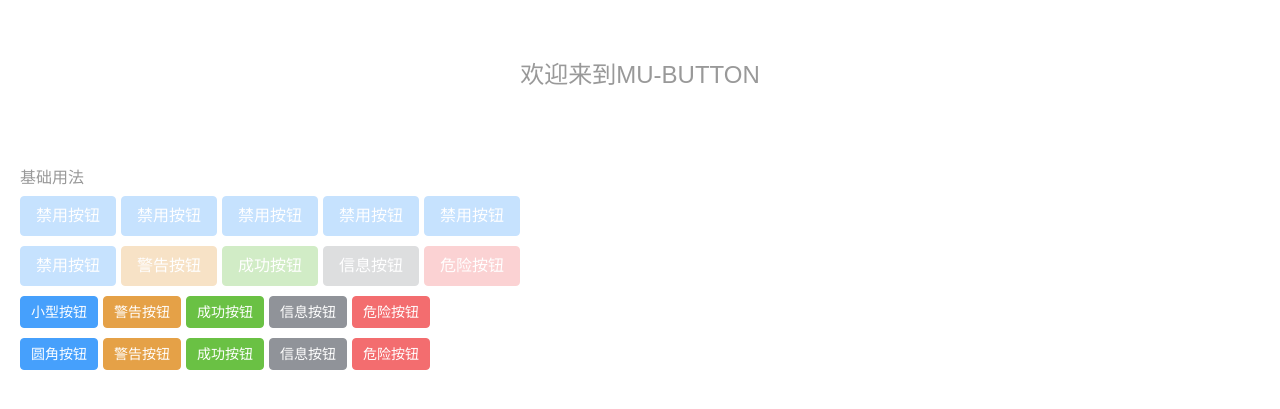
Repository: HuoXiaoYe/huoxiaoye_mumu
Page: /
The author's editor kept a copy of each file at every save. The page is drawn from the files as they stood at one save, then again after the next save.
The browser window is 1280 px wide. The pictures show the whole page.
The project was rebuilt for these pictures with package versions that can differ from the ones it lists, and the page was loaded fresh each time.

Above is the page before, as saved 2020-07-04 17:38:18.

### src/App.tsx
import React from 'react';
import './App.css';
import "@/assets/less/reset.less"
import ButtonWrap from "./pages/buttonWrap/buttonWrap"

function App() {
  return (
    <div className="App">
      <ButtonWrap />
    </div>
  );
}

export default App;

### src/pages/buttonWrap/buttonWrap.tsx
import React,{useState} from "react"
import "./index.less"
import MUButton from "../../components/button/button"
import Title from "../components/title/title"


interface Ibutton {
    type:string,
    value:string
}

function ButtonWrap() {
    const [buttonList] = useState<Ibutton[]>([
        {
            type:"",
            value:"默认按钮"
        },
        {
            type:"warning",
            value:"警告按钮"
        },
        {
            type:"success",
            value:"成功按钮"
        },
        {
            type:"info",
            value:"信息按钮"
        },
        {
            type:"danger",
            value:"危险按钮"
        }
    ])
    return (
        <div className="button-wrap">
            <Title type="first">MU-BUTTON</Title>
            <div className="button-item">
                <Title type="second">基础用法</Title>
                <ul>
                    {
                        buttonList.map((item)=>{
                            return (
                                <li><MUButton disabled={true}>禁用按钮</MUButton></li>
                            )
                        })
                    }
                </ul>
                <ul>
                    <li><MUButton disabled={true}>禁用按钮</MUButton></li>
                    <li><MUButton disabled={true} type="warning">警告按钮</MUButton></li>
                    <li><MUButton disabled={true} type="success">成功按钮</MUButton></li>
                    <li><MUButton disabled={true} type="info">信息按钮</MUButton></li>
                    <li><MUButton disabled={true} type="danger">危险按钮</MUButton></li>
                </ul>

                <ul>
                    <li><MUButton size="small">小型按钮</MUButton></li>
                    <li><MUButton size="small" type="warning">警告按钮</MUButton></li>
                    <li><MUButton size="small" type="success">成功按钮</MUButton></li>
                    <li><MUButton size="small" type="info">信息按钮</MUButton></li>
                    <li><MUButton size="small" type="danger">危险按钮</MUButton></li>
                </ul>


                <ul>
                    <li><MUButton size="small" circle={true}>圆角按钮</MUButton></li>
                    <li><MUButton size="small" circle={true} type="warning">警告按钮</MUButton></li>
                    <li><MUButton size="small" circle={true} type="success">成功按钮</MUButton></li>
                    <li><MUButton size="small" circle={true} type="info">信息按钮</MUButton></li>
                    <li><MUButton size="small" circle={true} type="danger">危险按钮</MUButton></li>
                </ul>
            </div>

        </div>
    )
}

export default ButtonWrap

### src/pages/buttonWrap/index.less
@import '@/assets/less/common.less';

.button-wrap{

    .button-item{
        padding: 20px;

        ul{
            margin-top: 5px;
            display: flex;
            flex-wrap: wrap;
            li{
                margin-right: 5px;
                margin-top: 5px;
            }
        }
    }
}

### src/components/button/button.tsx
import React, { useEffect,useState } from 'react'
import { IProps } from "@/tsconfig/MUButton"
import "./index.less"


function MUButton(props: IProps) {
    const [btnClass,setBtnClass] = useState<string[]>(['mu-button'])
    useEffect(() => {
        console.log("initional");
        let tempBtnClass:string[] = []
        if(props.type){
            tempBtnClass.push('mu-' + props.type)
        }else{
            tempBtnClass.push('mu-primary')
        }
        if(props.size){
            tempBtnClass.push('mu-' + props.size)
        }else{
            tempBtnClass.push('mu-normal')
        }
        if(props.disabled){
            tempBtnClass.push('mu-disabled')
        }
        setBtnClass([...btnClass,...tempBtnClass])
    // eslint-disable-next-line react-hooks/exhaustive-deps
    },[props])
    return (
        <button type="button" className={btnClass.join(' ')} disabled={props.disabled}>
            {/* <i className="lake-loading"></i>
            <slot className="icon"></slot> */}
            {
                props.children
            }
        </button >
    )
}

export default MUButton

### src/pages/components/title/title.tsx
/* eslint-disable react-hooks/exhaustive-deps */
import React, {useState,useEffect} from "react"
import "./index.less"

type titleType = 'first' | 'second'

interface IProps {
    type : titleType,
    children?:any
}

function Title(props:IProps){
    const [,setClassName ]= useState<titleType>('first');
    useEffect(()=>{
        setClassName(props.type)
    })

    return (
        <div className="title-wrap">
            {
                props.type === 'first' ?
                <div className="firse-level">
                    欢迎来到
                    {
                        props.children
                    }
                </div>:
                <div className="second-level">
                    {
                        props.children
                    }
                </div>
            }
        </div>
    )
}

export default Title

### src/assets/less/common.less
@charset "utf-8";html{background-color:#fff;color:#000;font-size:12px}
body,ul,ol,dl,dd,h1,h2,h3,h4,h5,h6,figure,form,fieldset,legend,input,textarea,button,p,blockquote,th,td,pre,xmp{margin:0;padding:0}
body,input,textarea,button,select,pre,xmp,tt,code,kbd,samp{line-height:1.5;font-family:tahoma,arial,"Hiragino Sans GB",simsun,sans-serif}
h1,h2,h3,h4,h5,h6,small,big,input,textarea,button,select{font-size:100%}
h1,h2,h3,h4,h5,h6{font-family:tahoma,arial,"Hiragino Sans GB","微软雅黑",simsun,sans-serif}
h1,h2,h3,h4,h5,h6,b,strong{font-weight:normal}
address,cite,dfn,em,i,optgroup,var{font-style:normal}
table{border-collapse:collapse;border-spacing:0;text-align:left}
caption,th{text-align:inherit}
ul,ol,menu{list-style:none}
fieldset,img{border:0}
img,object,input,textarea,button,select{vertical-align:middle}
article,aside,footer,header,section,nav,figure,figcaption,hgroup,details,menu{display:block}
audio,canvas,video{display:inline-block;*display:inline;*zoom:1}
blockquote:before,blockquote:after,q:before,q:after{content:"\0020"}
textarea{overflow:auto;resize:vertical}
input,textarea,button,select,a{outline:0 none;border: none;}
button::-moz-focus-inner,input::-moz-focus-inner{padding:0;border:0}
mark{background-color:transparent}
a,ins,s,u,del{text-decoration:none}
sup,sub{vertical-align:baseline}
html {overflow-x: hidden;height: 100%;font-size: 50px;-webkit-tap-highlight-color: transparent;}
body {font-family: Arial, "Microsoft Yahei", "Helvetica Neue", Helvetica, sans-serif;color: #333;font-size: .28em;line-height: 1;-webkit-text-size-adjust: none;}
hr {height: .02rem;margin: .1rem 0;border: medium none;border-top: .02rem solid #cacaca;}
a {color: #25a4bb;text-decoration: none;}

### src/components/button/index.less
@btnPrefixClass:mu;
@brand-primary:#46a0fc;
@brand-error: #e5a147;
@brand-info: #909399;
@brand-danger: #f36d6f;
.btnType(@color){
    color: #fff;
    background-color: @color;
    border-color: @color;
}
@brand-success: #6ac144;
    .@{btnPrefixClass}-button {
        display: block;
        outline: 0 none;
        box-sizing: border-box;
        padding: 13px 15px;
        text-align: center;
        font-size: 16px;
        // width: 100%;
        min-width: 64px;
        height: 48px;
        line-height: 22px;
        overflow: hidden;
        text-overflow: ellipsis;
        word-break: break-word;
        white-space: nowrap;
        color: #333;
        background-color: #fff;
        border: 1px solid #D8DEE6;
        border-radius: 4px;
        user-select: none;
        -webkit-tap-highlight-color: rgba(0, 0, 0, 0);
        -webkit-appearance: none;
        -webkit-font-smoothing: antialiased;
    }
    .mu-primary {
        color: #fff;
        background-color: @brand-primary;
        border-color: @brand-primary;
        line-height: 48px;
    }
    .mu-warning {
        color: #fff;
        background-color: @brand-error;
        border-color: @brand-error;
    }
    .mu-success{
        color: #fff;
        background-color: @brand-success;
        border-color: @brand-success;
    }
    .mu-info{
        .btnType(@brand-info)
    }
    .mu-danger{
        .btnType(@brand-danger)
    }
    .mu-outline {
        color: @brand-primary;
        background-color: #fff;
        border-color: #008DFC;
    }
    .mu-small {
        font-size: 14px;
        height: 32px;
        line-height: 20px;
        padding: 5px 10px;
    }

    .mu-normal {
        font-size: 16px;
        height: 40px;
        line-height: 22px;
        padding: 8px 15px;
    }

    .mu-inline {
        display: inline-block;
        vertical-align: top;
        width: auto;
    }
    .mu-loading {
        display: flex;
        align-items: center;
        justify-content: center;
    }
    .mu-disabled{
        opacity: 0.3;
    }
    .mu-loading {
        display: block;
        width: 12px;
        height: 12px;
        margin-right: 6px;
        border: 2px solid #e8e8e8;
        border-top-color: #c5c5c5;
        border-radius: 100%;
        animation: rotation 0.5s linear 0s infinite;
    }

    @keyframes rotation {
        from {
            transform: rotate(0deg);
        }
        to {
            transform: rotate(359deg);
        }
    }

### src/pages/components/title/index.less
.title-wrap{
    .firse-level{
        height: 150px;
        line-height: 150px;
        font-size: 24px;
        color: #999;
        text-align: center;
    }
    .second-level{
        font-size:16px;
        color: #999;
        text-align: left;
    }
}

Loaded but not shown: public/index.html (common file); src/index.tsx (common file); src/index.css (common file); src/App.css (common file); src/assets/less/reset.less (common file)

After the next save:
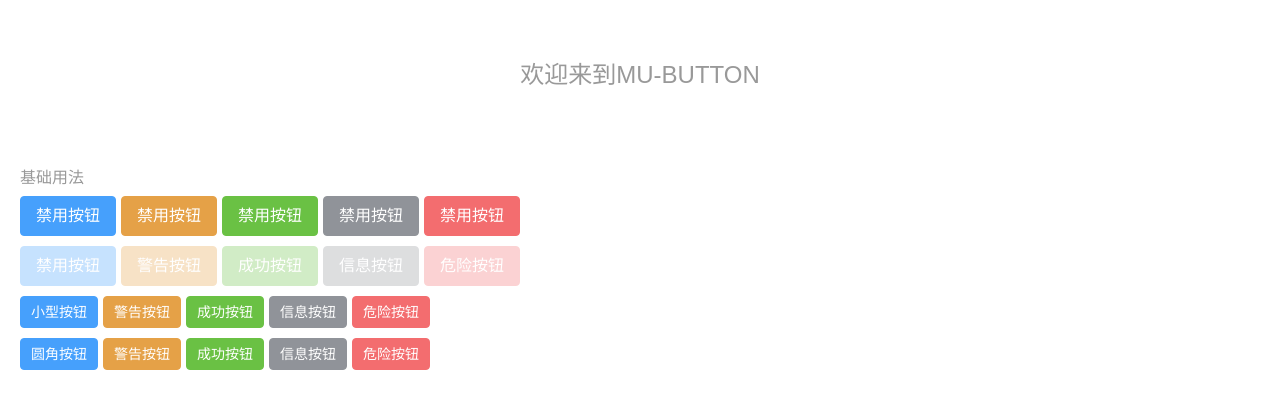
Saved 10 s later.
--- a/src/pages/buttonWrap/buttonWrap.tsx
+++ b/src/pages/buttonWrap/buttonWrap.tsx
@@ -41,7 +41,7 @@ function ButtonWrap() {
                     {
                         buttonList.map((item)=>{
                             return (
-                                <li><MUButton disabled={true}>禁用按钮</MUButton></li>
+                                <li><MUButton type={item.type}>禁用按钮</MUButton></li>
                             )
                         })
                     }
